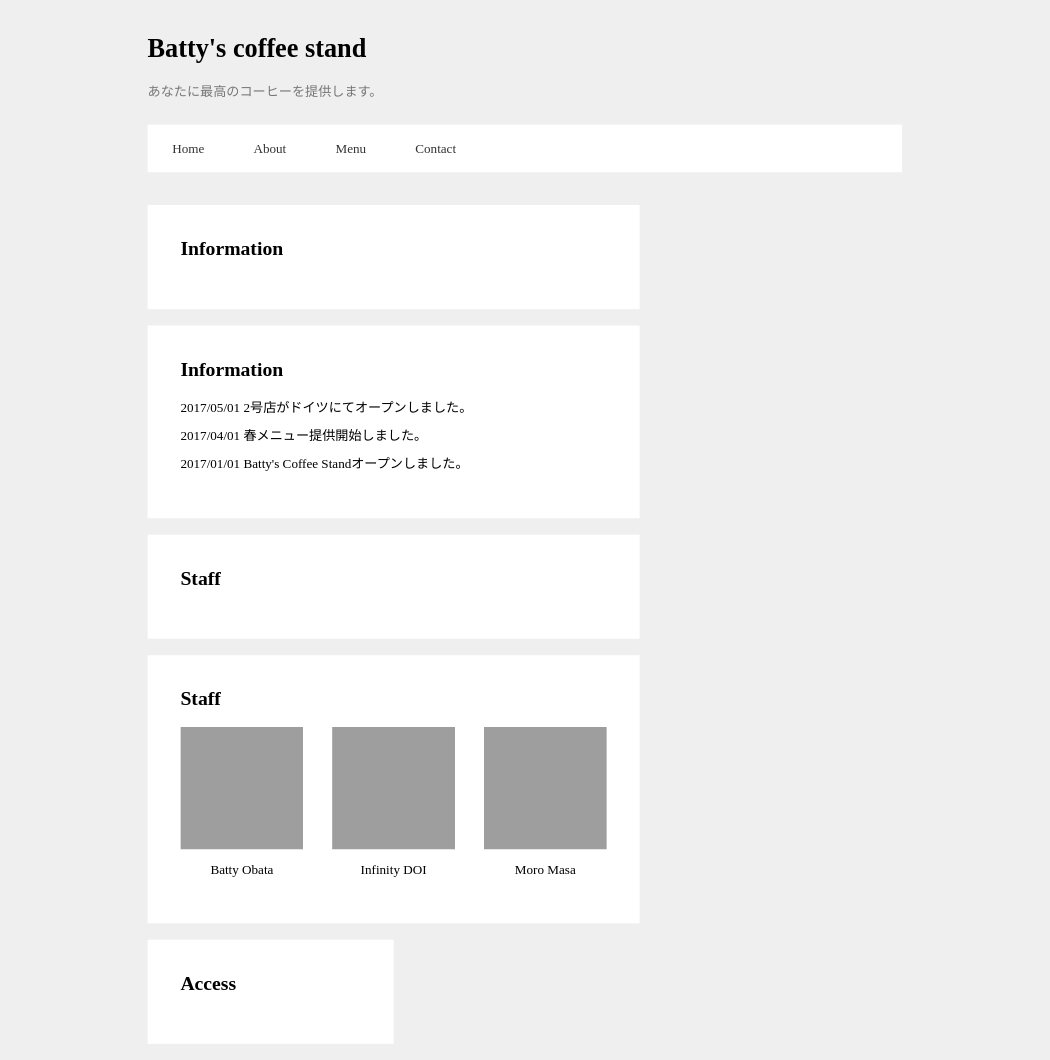
Repository: KawashimaRyuma/mynews
Page: html/batty_coffee_stand/index.html
The author's editor kept a record of every edit. The page is drawn from the files as they stood at one moment, then again after the next edit.
The browser window is 1280 px wide. The pictures show the whole page, at 82% of full size.
Pictures or frames that could not be fetched are drawn as grey boxes.

Above is the page before.

### html/batty_coffee_stand/index.html
<!DOCTYPE HTML>
<html>
  <head>
    <meta charset="UTF-8">
    <title>Batty's Coffee Stand</title>
    <link rel="stylesheet" href="css/normalize.css">
    <link rel="stylesheet" href="css/style.css">
  </head>
  <body>
    <header>
  <div class="container">
    <div class="header-title-area">
      <h1 class="logo">Batty's coffee stand</h1>
      <p class="text-sub">あなたに最高のコーヒーを提供します。</p>
    </div>
    <ul class="header-navigation">
  <li><a href="#">Home</a></li>
  <li><a href="#">About</a></li>
  <li><a href="#">Menu</a></li>
  <li><a href="#">Contact</a></li>
</ul>

  </div>
</header>
<div class="main">
  <div class="container">
    <div class="left-contents">
    <div class="card-contents">
      <h2 class="text-title">Information</h2>
    </div>
    <div class="card-contents">
  <h2 class="text-title">Information</h2>
  <ul class="information-list">
    <li>2017/05/01 2号店がドイツにてオープンしました。</li>
    <li>2017/04/01 春メニュー提供開始しました。</li>
    <li>2017/01/01 Batty's Coffee Standオープンしました。</li>
  </ul>
</div>
    <div class="card-contents">
      <h2 class="text-title">Staff</h2>
    </div>
    <div class="card-contents">
  <h2 class="text-title">Staff</h2>
  <div class="staff-list-area">
    <div class="staff-list">
      <img src="./staff_01.jpg" class="staff-image">
      <p class="staff-name">Batty Obata</p>
    </div>
    <div class="staff-list">
      <img src="./staff_02.jpg" class="staff-image">
      <p class="staff-name">Infinity DOI</p>
    </div>
    <div class="staff-list">
      <img src="./staff_03.jpg" class="staff-image">
      <p class="staff-name">Moro Masa</p>
    </div>
  </div>
</div>
    <div class="right-contents">
    <div class="card-contents">
      <h2 class="text-title">Access</h2>
    </div>
  </div>
</div>
  </body>
</html>

### html/batty_coffee_stand/css/style.css
body {
  background-color: #efefef;
}
header {
  margin-top: 20px;
}
.container {
  width: 920px;
  margin: 0 auto 40px auto;
}
.header-title-area {
  margin-top: 40px;
  margin-bottom: 30px;
}
.logo {
  font-size: 32px;
}
.text-sub {
  color: #777;
}
.header-navigation {
  width: 100%;
  background-color: #fff;
  padding: 20px 0;
}
.header-navigation {
  width: 100%;
  background-color: #fff;
  padding: 20px 0;
}

.header-navigation:after {
  clear: both;
  display: block;
  content: " ";
}

.header-navigation li {
  float: left;
  padding: 0 30px;
  text-align: center;
  list-style-type: none;
}

.header-navigation li a {
  color: #333;
  text-decoration: none;
}
.text-title {
  font-size: 24px;
  font-weight: bold;
  margin-top: 0;
  margin-bottom: 20px;
}

.card-contents {
  padding: 40px;
  display: block;
  margin-bottom: 20px;
  background-color: #fff;
}
.left-contents {
  width: 600px;
  margin-right: 20px;
  float: left;
}

.right-contents {
  width: 300px;
  float: left;
}
.information-list {
  list-style-type: none;
  padding-left: 0;
}

.information-list li {
  margin-bottom: 10px;
}
.staff-list-area:after {
  clear: both;
  display: block;
  content: " ";
}
.staff-list {
  width: 150px;
  margin-right: 35px;
  float: left;
}
.staff-list:last-child {
  margin-right: 0;
}
.staff-image {
  margin-bottom: 10px;
  width: 150px;
  height: 150px;
  display: block;
}
.staff-name {
  text-align: center;
}
.copyright {
  color: #777;
  text-align: center;
}
.main:after {
  clear: both;
  display: block;
  content: " ";
}

Loaded but not shown: html/batty_coffee_stand/css/normalize.css (library)

After the next edit:
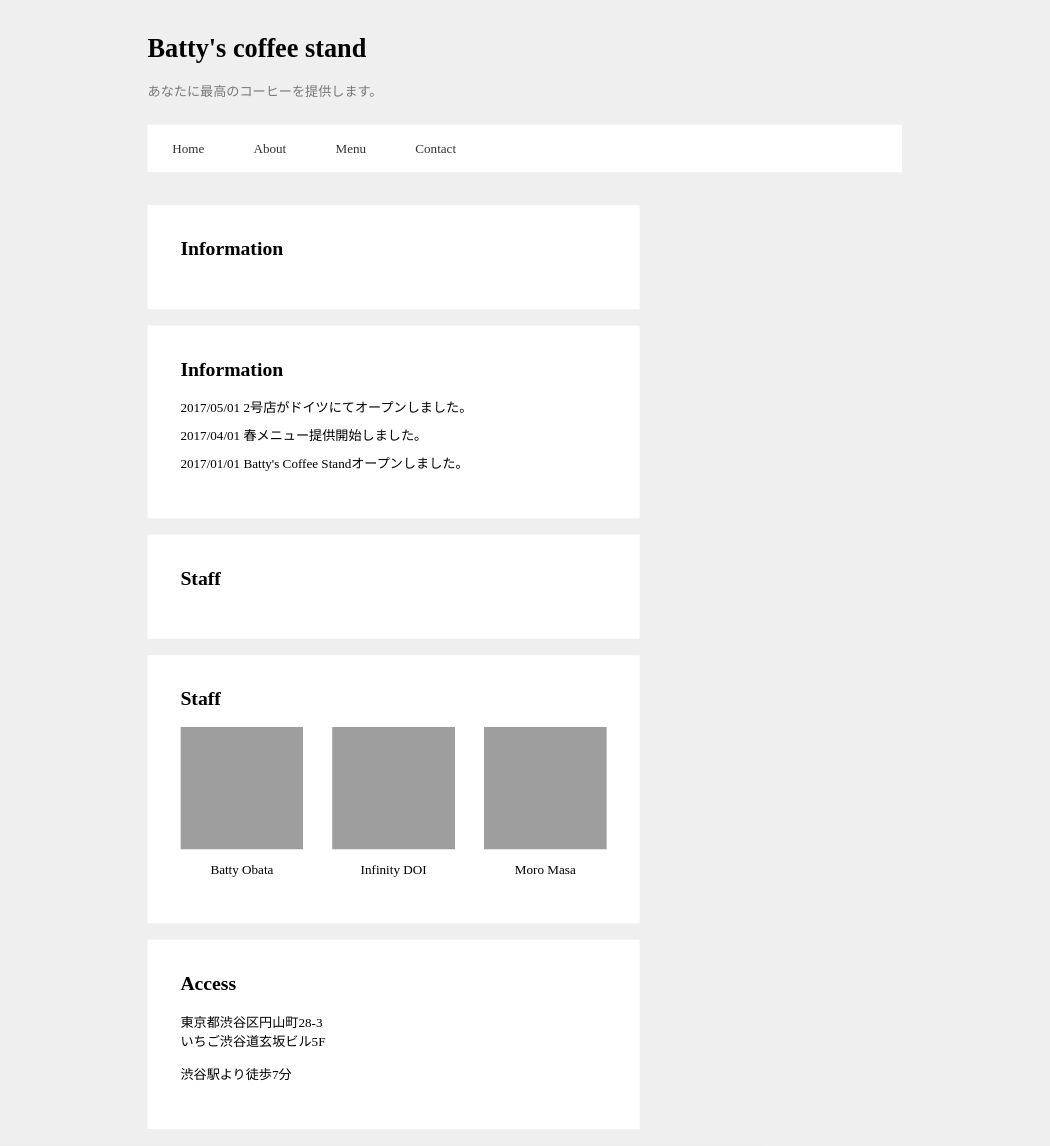
The edit:
--- a/html/batty_coffee_stand/index.html
+++ b/html/batty_coffee_stand/index.html
@@ -56,10 +56,13 @@
     </div>
   </div>
 </div>
-    <div class="right-contents">
     <div class="card-contents">
-      <h2 class="text-title">Access</h2>
-    </div>
+  <h2 class="text-title">Access</h2>
+  <p>東京都渋谷区円山町28-3<br>いちご渋谷道玄坂ビル5F</p>
+  <p>渋谷駅より徒歩7分</p>
+</div>
+</div>
+</div>
   </div>
 </div>
   </body>
